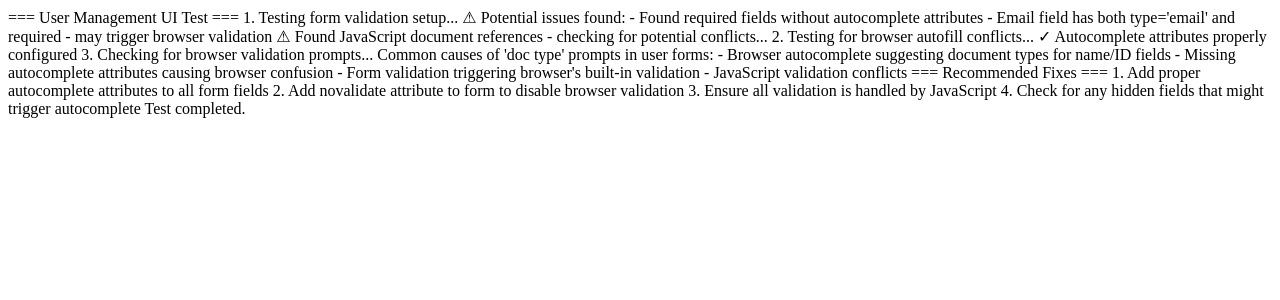
Repository: assgallardo/ValesBeach
Page: http://localhost/admin/test_user_management_ui.php
An editor plug-in stored every save of this project. The page is shown before and after the next save, followed by the edit.
The browser window is 1280 px wide. The pictures show the whole page.
The page is run by PHP 8.4 with error messages shown; the project is at /var/www/html/.

Above is the page before, as saved 2025-09-18 11:09:35.

After the next save:
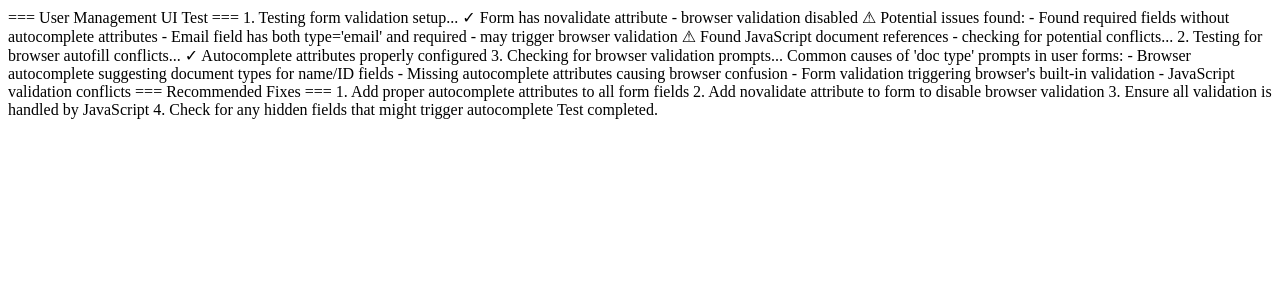
Saved 18 s later.
--- a/test_user_management_ui.php
+++ b/test_user_management_ui.php
@@ -26,6 +26,8 @@ if (file_exists($userManagementFile)) {
     // Check for missing form validation attributes
     if (strpos($content, 'novalidate') === false && strpos($content, 'required') !== false) {
         $issues[] = "Form has required fields but no novalidate attribute";
+    } else if (strpos($content, 'novalidate') !== false) {
+        echo "✓ Form has novalidate attribute - browser validation disabled\n";
     }
 
     // Check for potential browser validation conflicts
